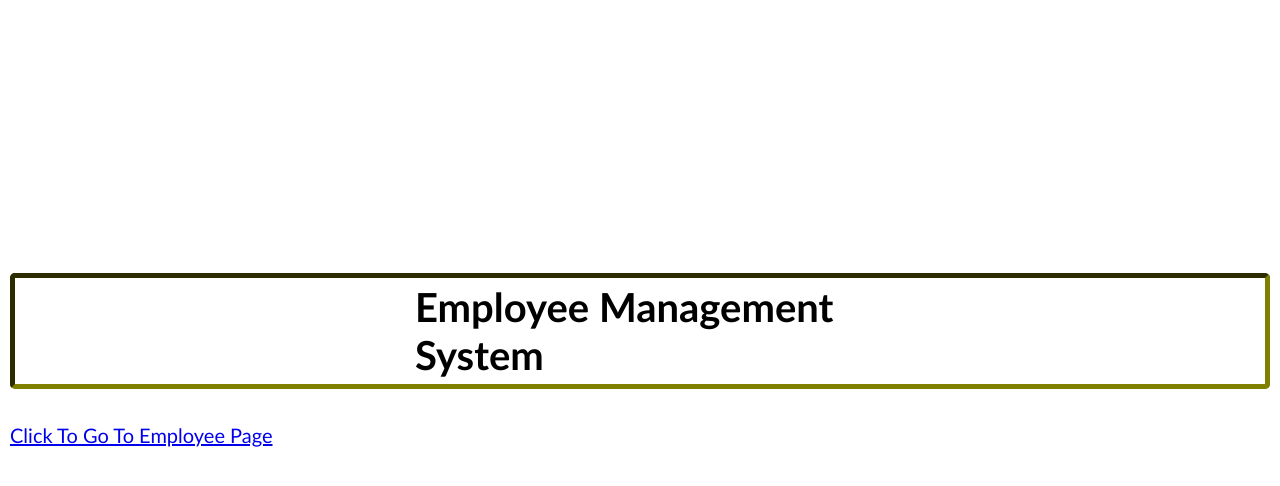
Repository: prieeyatambe/priyatambe_SpringMavenHibernate
Page: http://localhost/Project/
An editor plug-in stored every save of this project. The page is shown before and after the next save, followed by the edit.
The browser window is 1280 px wide. The pictures show the whole page.
The page is served by Tomcat 9. Other server files are loaded and not shown.

Above is the page before, as saved 2024-03-06 07:17:56.

### SpringMaven/mavenproject/Project/src/main/webapp/index.jsp
<html>
<head>
<style type="text/css">
body{
	align-content: center;
	margin:10px
}
h2{
	font-size: 40px;
	font-family: 'Trebuchet MS', 'Lucida Sans Unicode', 'Lucida Grande', 'Lucida Sans', Arial, sans-serif;
	border: 5px olive inset;
	padding: 5px 400px 5px 400px;
	border-radius: 5px;
}
a{
    font-family: 'Trebuchet MS', 'Lucida Sans Unicode', 'Lucida Grande', 'Lucida Sans', Arial, sans-serif;
	font-size: 20px
}
a:hover{
	color: teal;
}
</style>
</head>
<body>
<h2>Employee Management System</h2>
<a href="list">Click To Go To Employee Page</a>
</body>
</html>

After the next save:
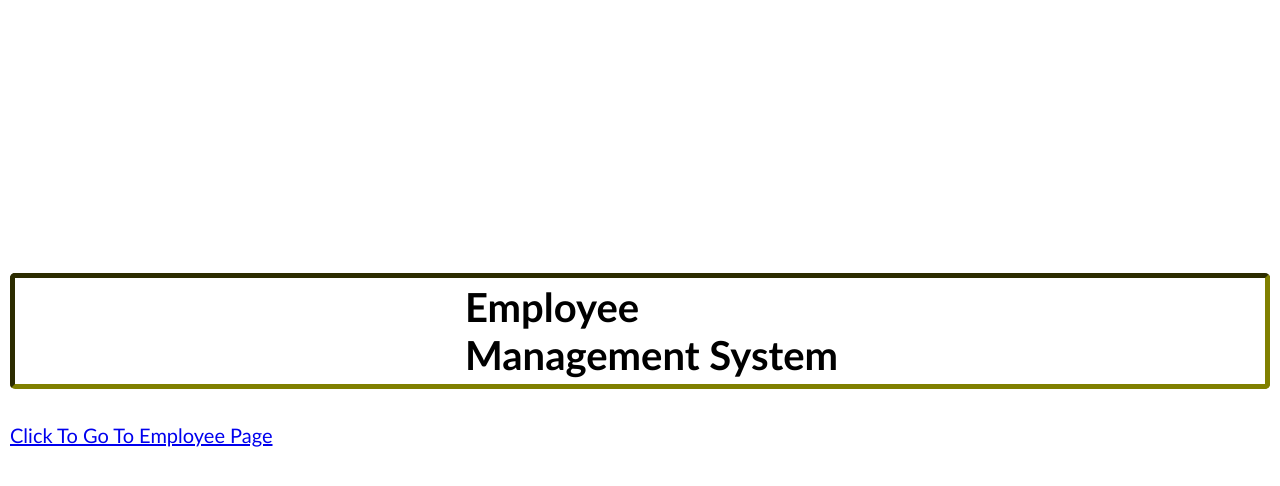
Saved 20 s later.
--- a/SpringMaven/mavenproject/Project/src/main/webapp/index.jsp
+++ b/SpringMaven/mavenproject/Project/src/main/webapp/index.jsp
@@ -9,7 +9,7 @@ h2{
 	font-size: 40px;
 	font-family: 'Trebuchet MS', 'Lucida Sans Unicode', 'Lucida Grande', 'Lucida Sans', Arial, sans-serif;
 	border: 5px olive inset;
-	padding: 5px 400px 5px 400px;
+	padding: 5px 400px 5px 450px;
 	border-radius: 5px;
 }
 a{
